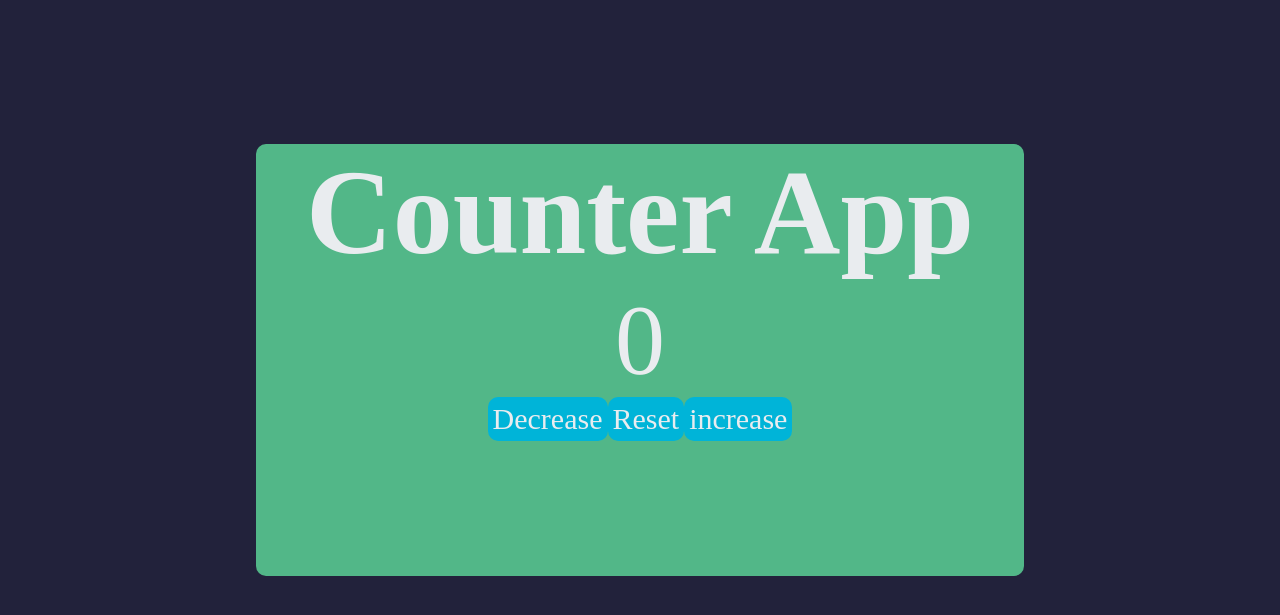
Repository: Yuukicoder/basicProject
Page: project2.html
The author's editor kept a copy of each file at every save. The page is drawn from the files as they stood at one save, then again after the next save.
The browser window is 1280 px wide. The pictures show the whole page.
Some web fonts or font styles are not loaded; a fallback is used.

Above is the page before, as saved 2023-02-24 21:52:36.

### project2.html
<!DOCTYPE html>
<html lang="en">
  <head>
    <meta charset="UTF-8" />
    <meta http-equiv="X-UA-Compatible" content="IE=edge" />
    <meta name="viewport" content="width=device-width, initial-scale=1.0" />
    <title>Counter App</title>
    <link
      rel="shortcut icon"
      href="assets/Image/project2.png"
      type="image/x-icon"
    />
    <link rel="stylesheet" href="assets/css/project2.css" />
  </head>
  <body>
    <section class="box">
      <h1>Counter App</h1>
      <p class="counter-preview">0</p>
      <div class="buttons" id="allBtns">
        <button class="decrement" id="decrement">Decrease</button>
        <button class="reset" id="reset">Reset</button>
        <button class="increment" id="increment">increase</button>
      </div>
    </section>
    <script src="assets/js/project2.js"></script>
  </body>
</html>

### assets/css/project2.css
@import url("https://fonts.googleapis.com/css2?family=Arima:wght@100;200;300;400;500;700&display=swap");
* {
  margin: 0;
  padding: 0;
  box-sizing: border-box;
  /* border: 1px solid black; */
}
:root {
  --button: #00b4d8;
  --text: #e9ecef;
}
body {
  background-color: #22223b;
  height: 100vh;
  width: 100vw;
  display: flex;
  align-items: center;
  justify-content: center;
}
.box {
  width: 60%;
  height: 60%;
  background-color: #52b788;
  border-radius: 10px;
}
h1,
p {
  color: var(--text);
}
h1 {
  font-family: Arima;
  font-size: 120px;
  text-align: center;
}
p {
  display: block;
  font-size: 100px;
  text-align: center;
}
.buttons {
  display: flex;
  align-items: center;
  justify-content: center;
}
button {
  background-color: var(--button);
  color: var(--text);
  font-family: Arima;
  font-size: 30px;
  border: none;
  border-radius: 10px;
  padding: 5px 5px;
}

### assets/js/project2.js
const display = document.querySelector('.counter-preview');
const allBtns = document.querySelector('#allBtns');
allBtns.addEventListener('click',counter);
var value = 0;
function counter(x) {
    const btn = x.target.id;
    if(btn === 'increment'){
        value += 1;
    }
    else if(btn === 'decrement'){
        value -= 1;
    }
    else value = 0;
    display.textContent = value;
}

After the next save:
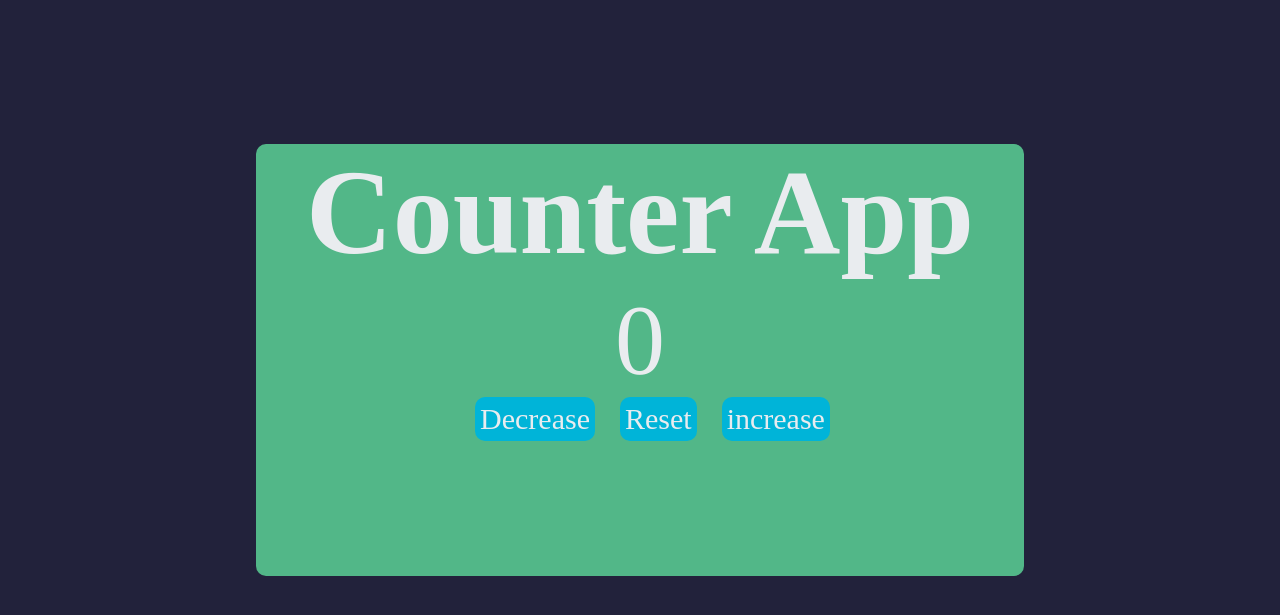
Saved 7 min 14 s later.
--- a/assets/css/project2.css
+++ b/assets/css/project2.css
@@ -26,6 +26,7 @@ body {
 h1,
 p {
   color: var(--text);
+  text-shadow: ;
 }
 h1 {
   font-family: Arima;
@@ -50,4 +51,5 @@ button {
   border: none;
   border-radius: 10px;
   padding: 5px 5px;
+  margin-left: 25px;
 }
